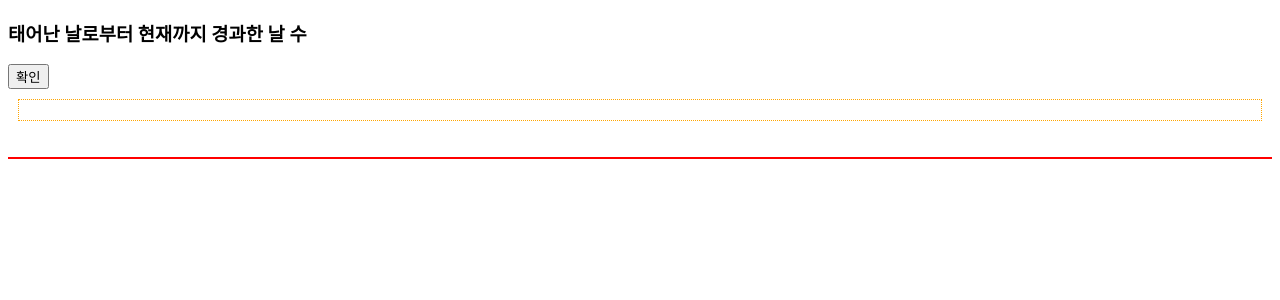
Repository: solsol7/ddit-html
Page: webpro/WebContent/0711/date객체2.html
These files come from the project's save history. The page is drawn as it stood at one moment and after the next save; the edit follows.
The browser window is 1280 px wide. The pictures show the whole page.
After loading, the first visible `input` was clicked once.

Above is the page before, as saved 2023-07-11 05:17:15.

### webpro/WebContent/0711/date객체2.html
<!DOCTYPE html>
<html>
<head>
<meta charset="UTF-8">
<title>Insert title here</title>
<link rel="stylesheet" href="../css/style.css">
<script>
today = new Date();

proc1 = () => {
	//태어난 날 - Date객체 생성
	//myday = new Date("1998.09.30");
	myday = new Date(1998, 9-1, 30);

	//getTime()을 이용해서 millisec값 구하기
	times = today.getTime() - myday.getTime();
	console.log(times);

	//실제 초 구하기

}

</script>
</head>
<body>

<h3>태어난 날로부터 현재까지 경과한 날 수 </h3>
<input type="button" value="확인" onclick="proc1()">
<br>
<div class="ddres" id="result1"></div>
<br>
<hr color="red">
</body>
</html>

### webpro/WebContent/css/style.css
@charset "UTF-8";

pre{
	background-color : skyblue;
	font-size : 1.5rem;
}
div.ddres{
  border : 1px dotted orange;
  margin : 10px;
  padding : 10px;
  font-size : 1.3rem;

}

After the next save:
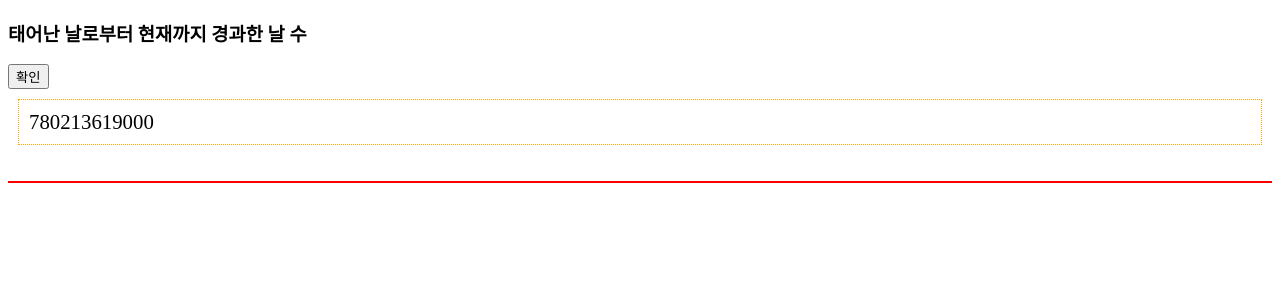
Saved 27 s later.
--- a/webpro/WebContent/0711/date객체2.html
+++ b/webpro/WebContent/0711/date객체2.html
@@ -18,6 +18,7 @@ proc1 = () => {
 
 	//실제 초 구하기
 
+	document.getElementById('result1').innerHTML = times;
 }
 
 </script>
